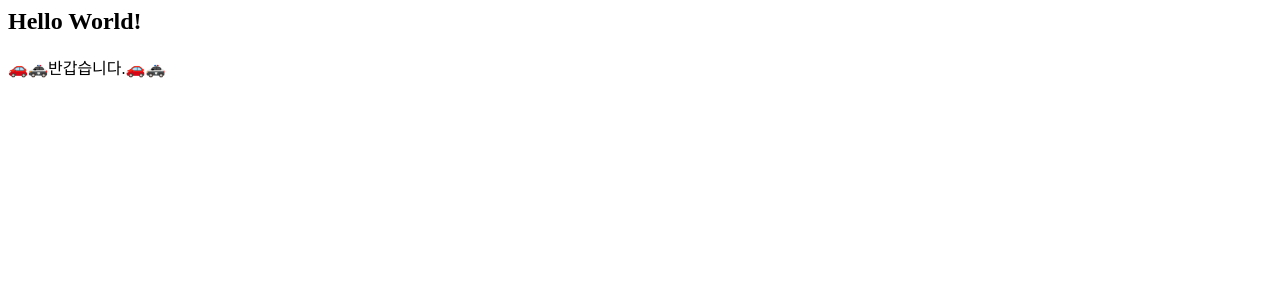
Repository: chayushin/web_server_workspace
Page: http://localhost/hello-web/
These files come from the project's save history. The page is drawn as it stood at one moment and after the next save; the edit follows.
The browser window is 1280 px wide. The pictures show the whole page.
The page is served by Tomcat 9. Other server files are loaded and not shown.

Above is the page before, as saved 2023-12-06 03:41:33.

### hello-web/src/main/webapp/index.jsp
<%@ page language="java" contentType="text/html; charset=UTF-8"
            pageEncoding="UTF-8" %>
<html>
<body>
	<h2>Hello World!</h2>
	<p>🚗🚓반갑습니다.🚗🚓</p>
</body>
</html>

After the next save:
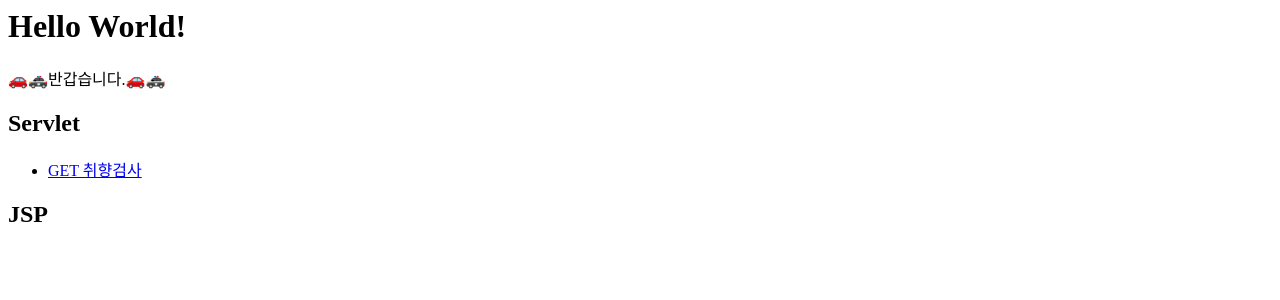
Saved 63 s later.
--- a/hello-web/src/main/webapp/index.jsp
+++ b/hello-web/src/main/webapp/index.jsp
@@ -1,8 +1,22 @@
 <%@ page language="java" contentType="text/html; charset=UTF-8"
             pageEncoding="UTF-8" %>
 <html>
+<head>
+	<meta charset="utf-8">
+	<title>Hello Web</title>
+</head>
 <body>
-	<h2>Hello World!</h2>
+	<h1>Hello World!</h1>
 	<p>🚗🚓반갑습니다.🚗🚓</p>
+
+	<h2>Servlet</h2>
+	<ul>
+		<li>
+			<!-- 서버 절대주소 요청시 /hello-web context-path(앱이름)를 반드시 포함해야 한다. -->
+			<a href="/hello-web/servlet/01_testPerson.html">GET 취향검사</a>
+		</li>
+	</ul>
+
+	<h2>JSP</h2>
 </body>
 </html>
